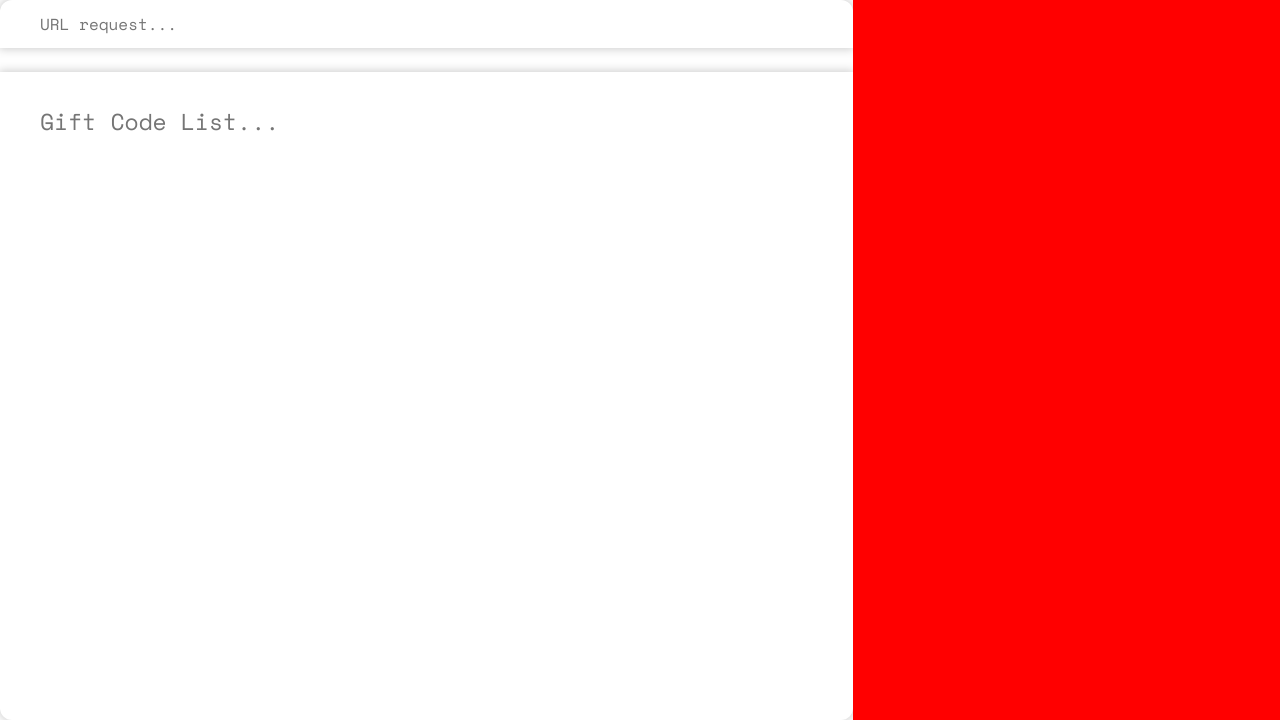
Repository: 777hanh777hanh/test
Page: index.html
These files come from the project's save history. The page is drawn as it stood at one moment and after a run of saves; the edit follows.
The browser window is 1280 px wide. The pictures show the whole page.

Above is the page before, as saved 2023-06-30 17:20:12.

After the next 2 saves:
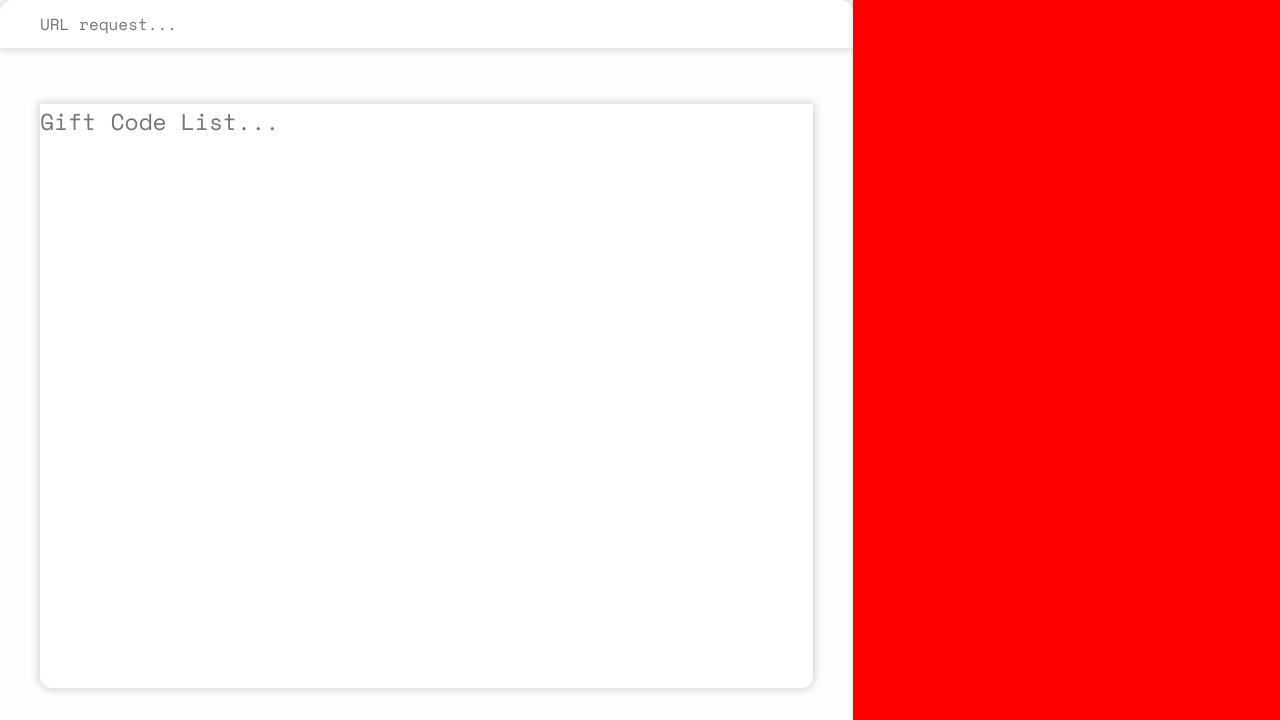
The 2 saves are shown as one change because they came seconds apart.
The last was saved 31 s later.
--- a/assets/css/style.css
+++ b/assets/css/style.css
@@ -65,11 +65,12 @@
 
 .giftCode-block {
     grid-area: giftCode;
+
+    padding: 32px 40px;
 }
 
 .giftCode {
     display: block;
-    padding: 32px 40px;
     width: 100%;
     height: 100%;
     font-size: 2.3rem;

After the save that followed:
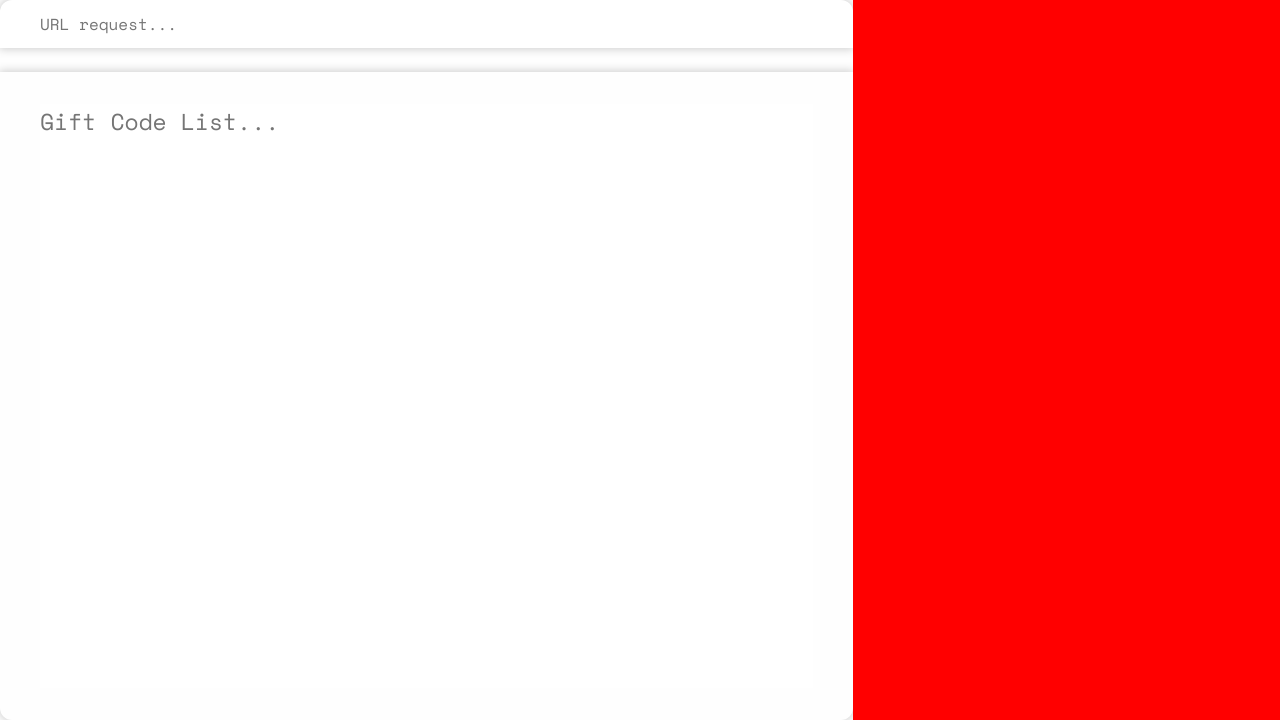
Saved 10 s later.
--- a/assets/css/style.css
+++ b/assets/css/style.css
@@ -67,6 +67,8 @@
     grid-area: giftCode;
 
     padding: 32px 40px;
+    border-radius: 0 0 12px 12px;
+    box-shadow: 0 0 10px 1px #ccc;
 }
 
 .giftCode {
@@ -76,8 +78,6 @@
     font-size: 2.3rem;
     font-family: var(--font-family, 'monospace');
     resize: none;
-    border-radius: 0 0 12px 12px;
-    box-shadow: 0 0 10px 1px #ccc;
 }
 
 .result-block {
